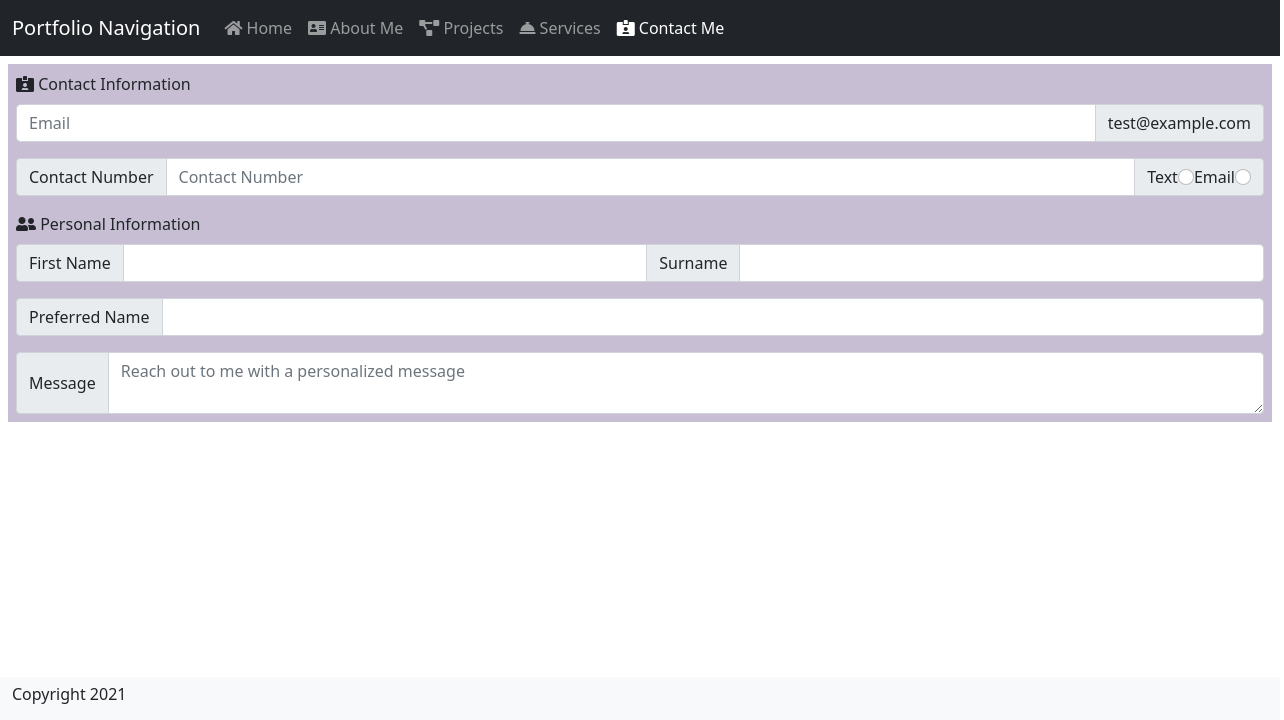
Repository: GarlicButterBoy/Portfolio
Page: contact.html
The author's editor kept a copy of each file at every save. The page is drawn from the files as they stood at one save, then again after the next save.
The browser window is 1280 px wide. The page is 1284 px wide, so the pictures cover 1284 px, including what lies to the right of the window. The pictures show the whole page.

Above is the page before, as saved 2021-06-09 13:15:05.

### contact.html
<!DOCTYPE html>
<html lang="en">
<head>
    <meta charset="UTF-8">
    <meta http-equiv="X-UA-Compatible" content="IE=edge">
    <meta name="viewport" content="width=device-width, initial-scale=1.0">
    <title>Nick Sturch-Flint Portfolio</title>
    <link rel="stylesheet" href="./node_modules/bootstrap/dist/css/bootstrap.min.css">
    <link rel="stylesheet" href="./node_modules/@fortawesome/fontawesome-free/css/all.min.css">
    <link rel="stylesheet" href="./Content/app.css">
</head>
<body>
  <!-- Main Navigation -->
    <nav class="navbar navbar-expand-lg navbar-dark bg-dark">
        <div class="container-fluid">
          <a class="navbar-brand" href="#">Portfolio Navigation</a>
          <button class="navbar-toggler" type="button" data-bs-toggle="collapse" data-bs-target="#navbarNavAltMarkup" aria-controls="navbarNavAltMarkup" aria-expanded="false" aria-label="Toggle navigation">
            <span class="navbar-toggler-icon"></span>
          </button>
          <div class="collapse navbar-collapse" id="navbarNavAltMarkup">
            <div class="navbar-nav ml-auto">
              <a id="home" class="nav-link" aria-current="page" href="index.html"><i class="fas fa-home"></i> Home</a>
              <a id="about" class="nav-link" href="about.html"><i class="fas fa-address-card"></i> About Me</a>
              <a id="projects" class="nav-link" href="projects.html"><i class="fas fa-project-diagram"></i> Projects</a>
              <a id="services" class="nav-link" href="services.html"><i class="fas fa-concierge-bell"></i> Services</a>
              <a id="contact" class="nav-link" href="contact.html"><i class="fas fa-id-card-alt"></i> Contact Me</a>
            </div>
          </div>
        </div>
      </nav>
      <!-- End of Main Navigation -->

      <main class="containrer p-2">
        <div class="row">
          <div class="col">
            <div class="jumbotron p-2" id="contentArea">
              <label for="basic-url" class="form-label"><i class="fas fa-id-card-alt"></i> Contact Information</label>
              <div class="input-group mb-3">
                <input type="text" class="form-control" placeholder="Email" aria-label="Email" aria-describedby="basic-addon2">
                <span class="input-group-text" id="basic-addon2">test@example.com</span>
              </div>

              <div class="input-group mb-3">
                <span class="input-group-text" id="basic-addon2">Contact Number</span>
                <input type="text" class="form-control" placeholder="Contact Number" aria-label="Contact Number" aria-describedby="basic-addon2">

                <div class="input-group-text">
                  <span>Text </span>
                  <input class="form-check-input mt-0" type="radio" value="Call" aria-label="Radio button for following text input">
                  <span>  Email </span>
                  <input class="form-check-input mt-0" type="radio" value="Text" aria-label="Radio button for following text input">
                </div>

              </div>

              <label for="basic-url" class="form-label"><i class="fas fa-user-friends"></i> Personal Information</label>
              <div class="input-group mb-3">
                <span class="input-group-text" id="basic-addon3">First Name</span>
                <input type="text" class="form-control" id="basic-url" aria-describedby="basic-addon3">

                <span class="input-group-text">Surname</span>
                <input type="text" class="form-control" aria-label="Surname">
              </div>

              <div class="input-group mb-3">
                <span class="input-group-text">Preferred Name</span>
                <input type="text" class="form-control" aria-label="Preferred Name">
              </div>



              <div class="input-group">
                <span class="input-group-text">Message</span>
                <textarea class="form-control" placeholder="Reach out to me with a personalized message" aria-label="Message"></textarea>
              </div>
            </div>
          </div>
        </div>
      </main>


      <footer>
        <nav class="navbar fixed-bottom navbar-light bg-light">
          <div class="container-fluid">
            <h6>Copyright 2021</h6>
          </div>
        </nav>
      </footer>

      <!-- Third Party Libraries -->
      <script src="./node_modules/jquery/dist/jquery.min.js"></script>
      <script src="./node_modules/bootstrap/dist/js/bootstrap.min.js"></script>

      <!-- Third Party Libraries -->
    <script src="./Scripts/app.js"></script>
</body>
</html>

### Content/app.css
.jumbotron {
    background-color: #c7bed3;
  }

### Scripts/app.js
"use strict";

//IIFE - Immediately Invoked Function Expression
// OR - Anonymous Self Executing Function
(function()
{
    //declare function variables here...
    console.log("%cDeclaring Variables", "color:blue");

    /**
     * Variable Initialization in this function
     */
    function Start()
    {
        console.log("%cInitializing Variables", "color:green");

        PageSwitcher();

        Main();
    }

    function PageSwitcher()
    {
        let name = window.location.pathname; //returns full .html page name
        let pageName = name.substring(1, name.length - 5); //returns page name without the first / and the final .html


        switch(pageName)
        {
            case "index":
                DisplayHome();

                break;
            case "about":
                DisplayAbout();
                break;
            case "projects":
                DisplayProjects();
                break;
            case "services":
                DisplayServices();
                break;
            case "contact":
                DisplayContact();
                break;
            default:
                console.error("Page Not Found");
                break;
        }

        $("#"+pageName).addClass("active"); //makes the active page link highlighted
    }

    function DisplayHome()
    {
        document.getElementById("home").className = "nav-link active";
         $("button").on("click", () => {
              location.href = "projects.html";
         });
    }

    function DisplayAbout()
    {

    }

    function DisplayProjects()
    {

    }

    function DisplayServices()
    {

    }

    function DisplayContact()
    {

    }

    /**
     * Main program Entry point is here
     */
    function Main()
    {
        console.log("%cMain Program Starting", "color:orange");

    }

    window.addEventListener("load", Start);
})();

Loaded but not shown: node_modules/bootstrap/dist/css/bootstrap.min.css (library); node_modules/@fortawesome/fontawesome-free/css/all.min.css (library); node_modules/jquery/dist/jquery.min.js (library); node_modules/bootstrap/dist/js/bootstrap.min.js (library)

After the next save:
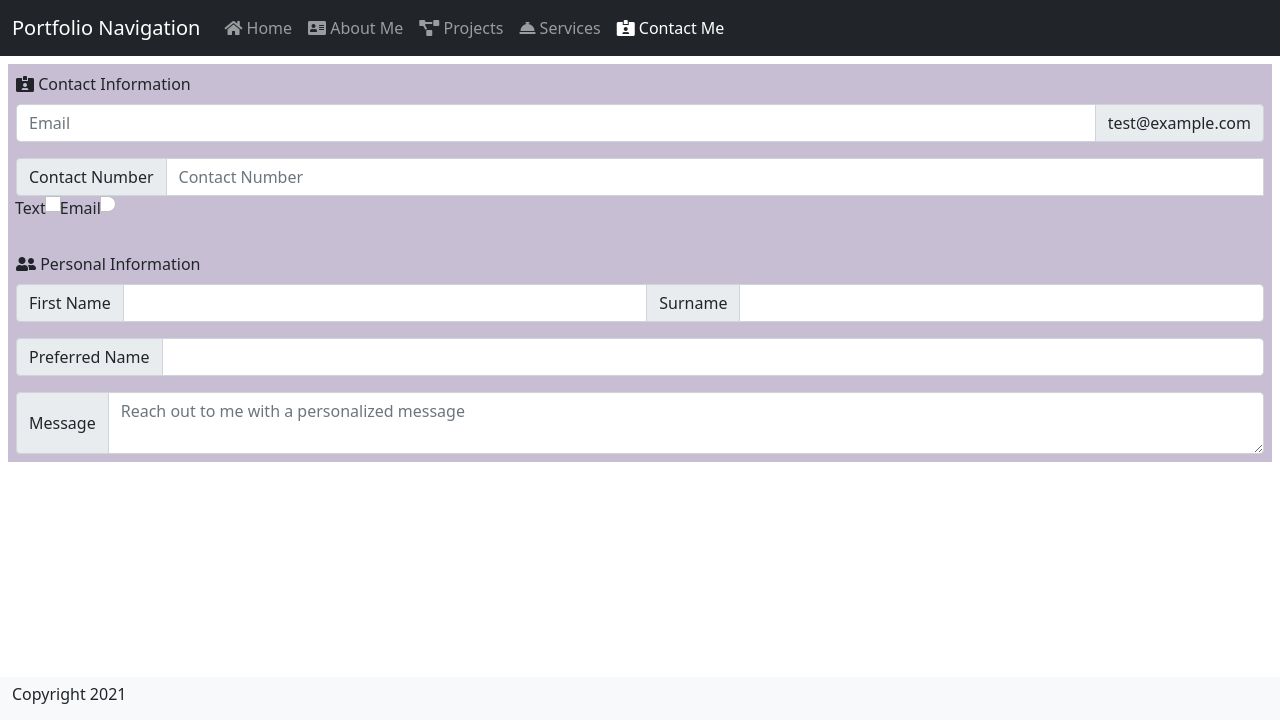
Saved 84 s later.
--- a/contact.html
+++ b/contact.html
@@ -44,7 +44,7 @@
                 <span class="input-group-text" id="basic-addon2">Contact Number</span>
                 <input type="text" class="form-control" placeholder="Contact Number" aria-label="Contact Number" aria-describedby="basic-addon2">
 
-                <div class="input-group-text">
+                <div class="input-group mb-3">
                   <span>Text </span>
                   <input class="form-check-input mt-0" type="radio" value="Call" aria-label="Radio button for following text input">
                   <span>  Email </span>
